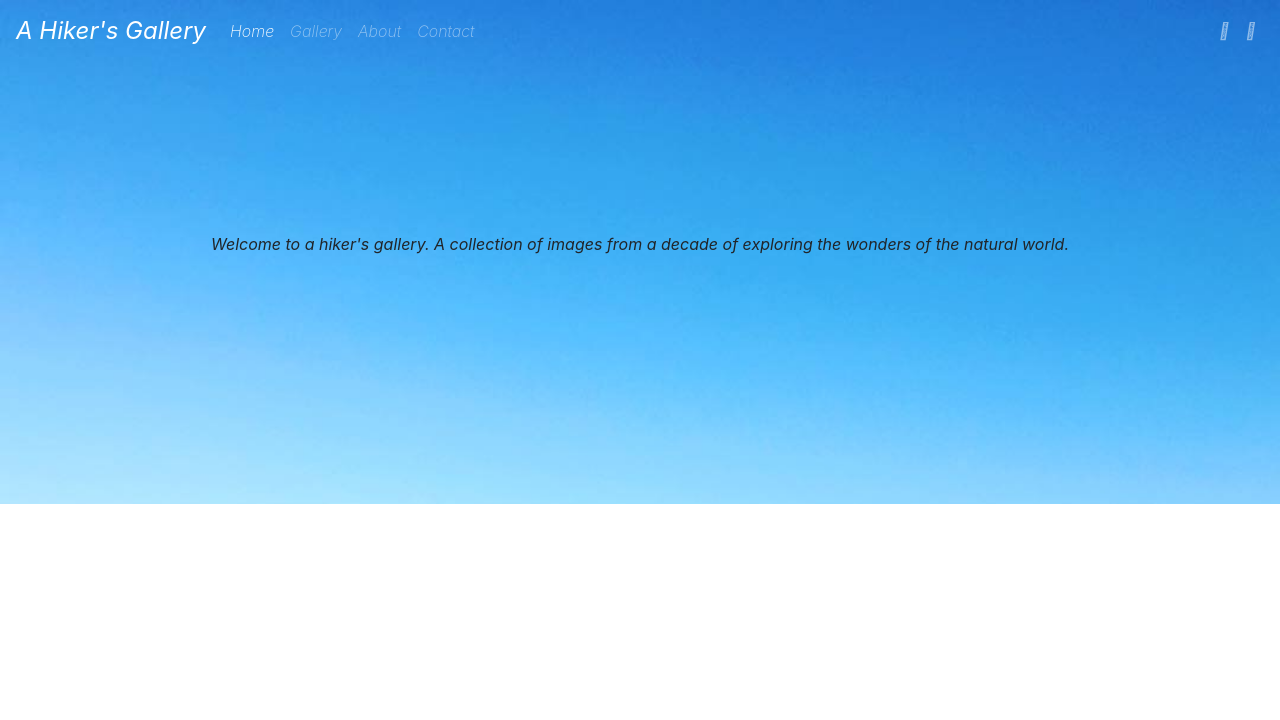
Repository: S-Perring/hiker
Page: index.html
The author's editor kept a record of every edit. The page is drawn from the files as they stood at one moment, then again after the next edit.
The browser window is 1280 px wide. The pictures show the whole page.

Above is the page before.

After the next edit:
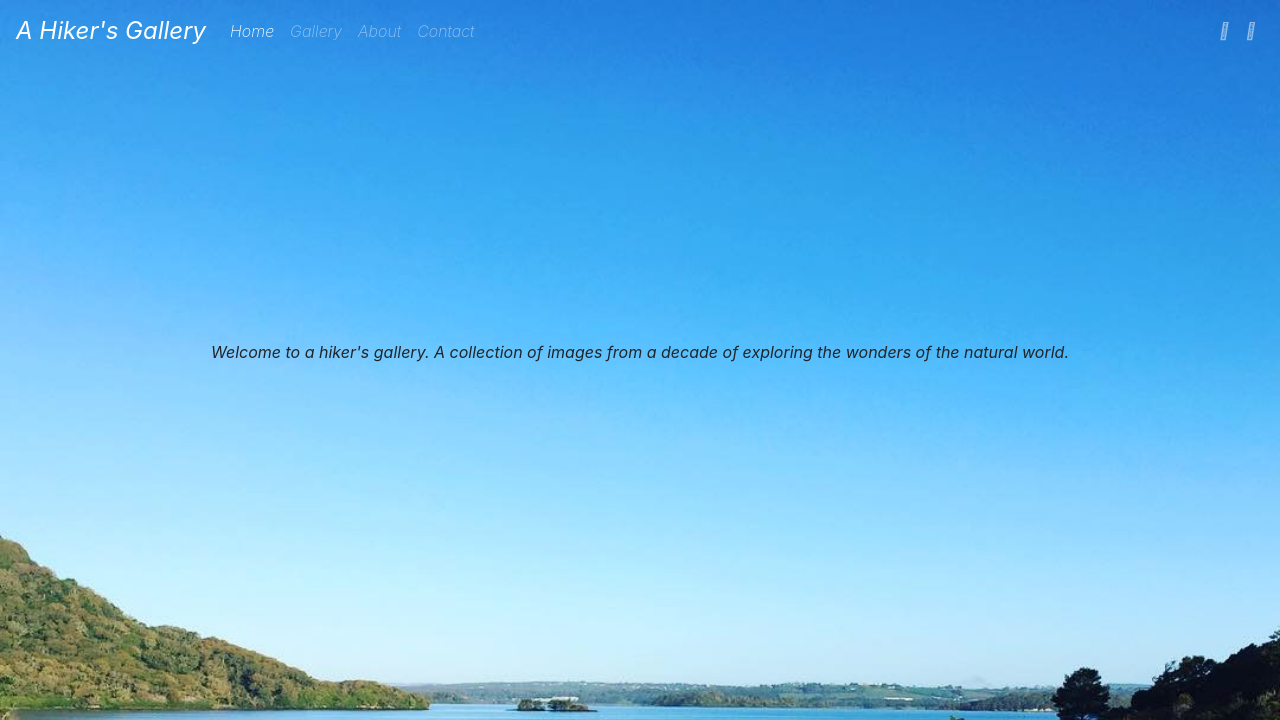
The edit:
--- a/css/style.css
+++ b/css/style.css
@@ -9,7 +9,7 @@
     background-image: url(../css/images/IMG_5437.JPG);
     background-size: cover;
     max-width: 100%;
-    height: 70vh;
+    height: 100vh;
     padding: 0;
     display: flex;
     align-items: center;
